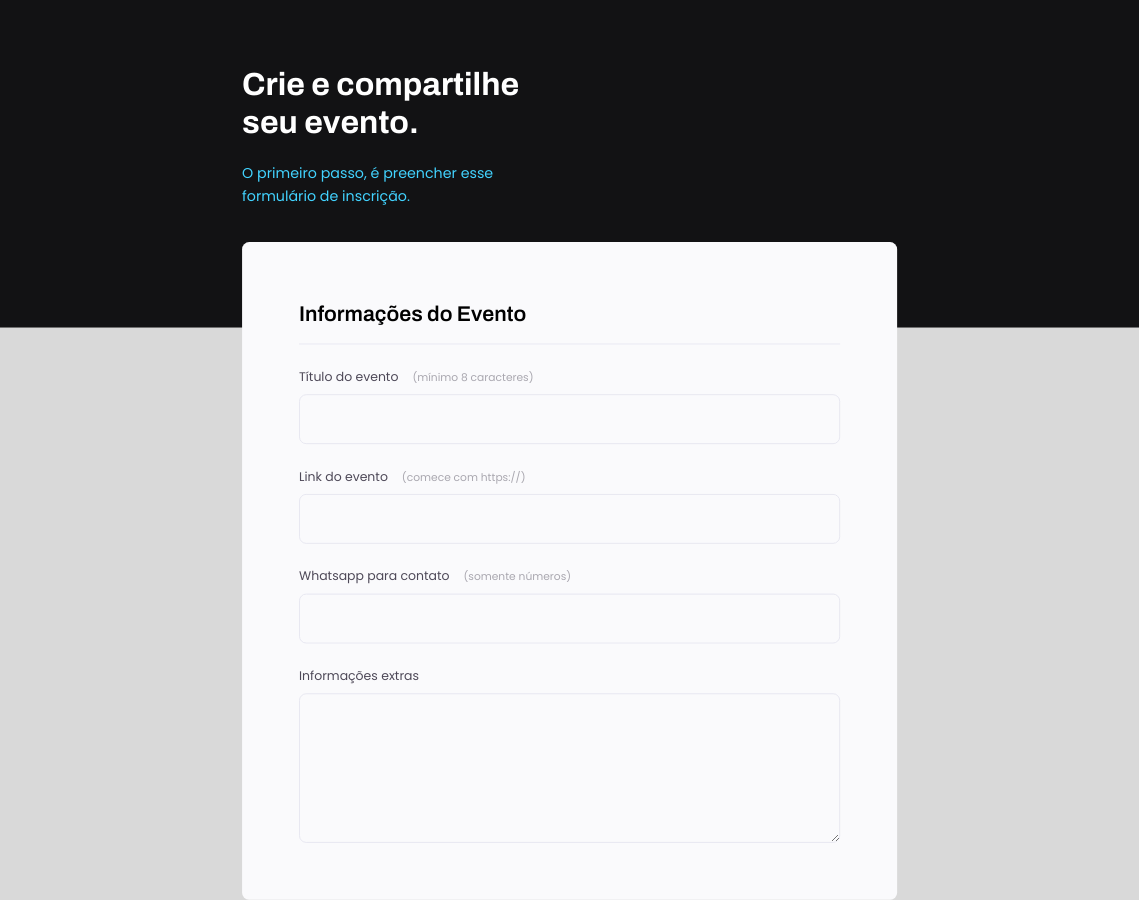
Repository: devMuriloOliveira/Formulario
Page: index.html
These files come from the project's save history. The page is drawn as it stood at one moment and after the next save; the edit follows.
The browser window is 1280 px wide. The pictures show the whole page, at 89% of full size.

Above is the page before, as saved 2023-10-31 21:30:18.

After the next save:
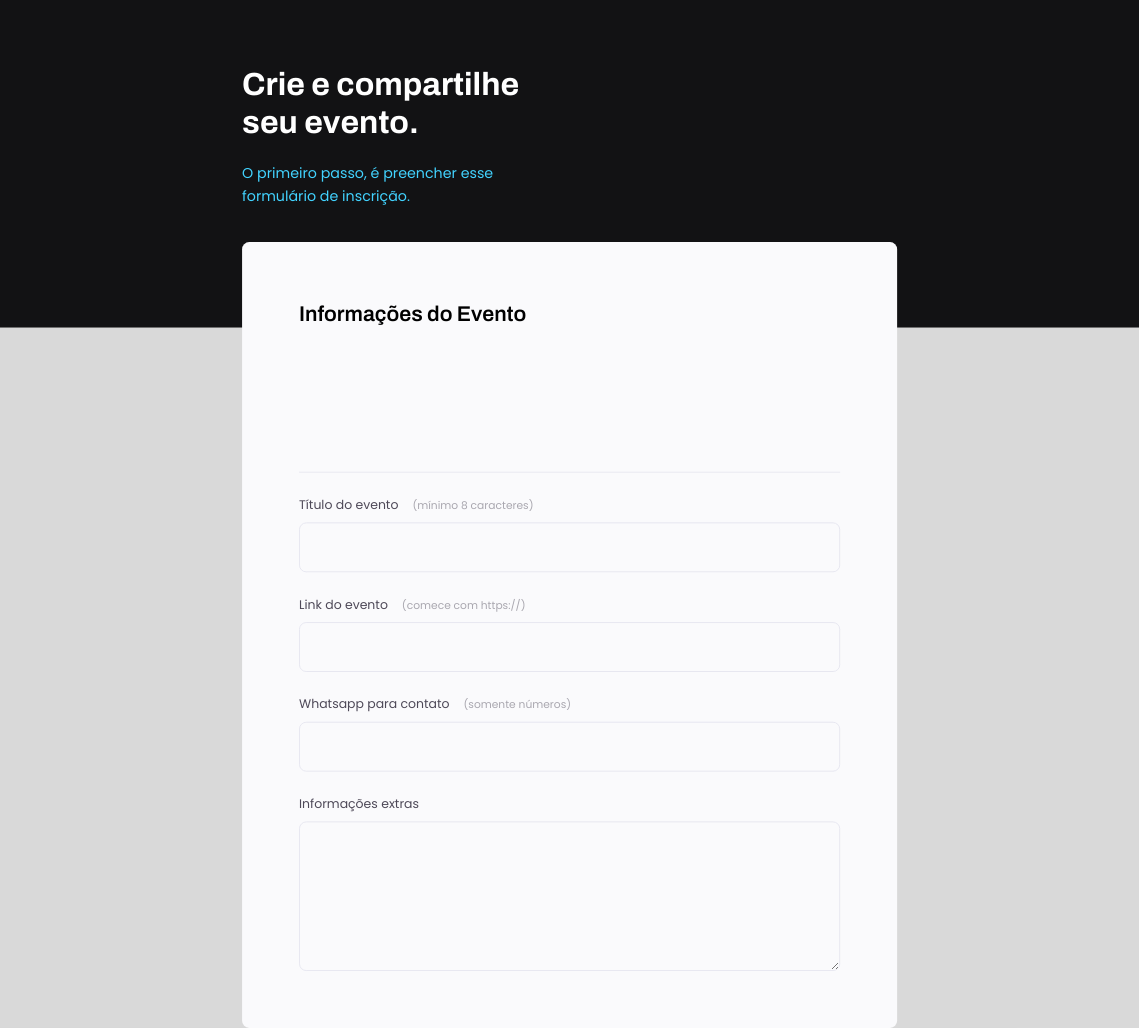
Saved 44 s later.
--- a/style.css
+++ b/style.css
@@ -82,7 +82,7 @@
   width: 100%;
   border-bottom: 1px solid #E6E6F0;
 
-  padding-bottom: 16px;
+  padding-bottom: 160px;
 }
 
 .input-wrapper{

After the save that followed:
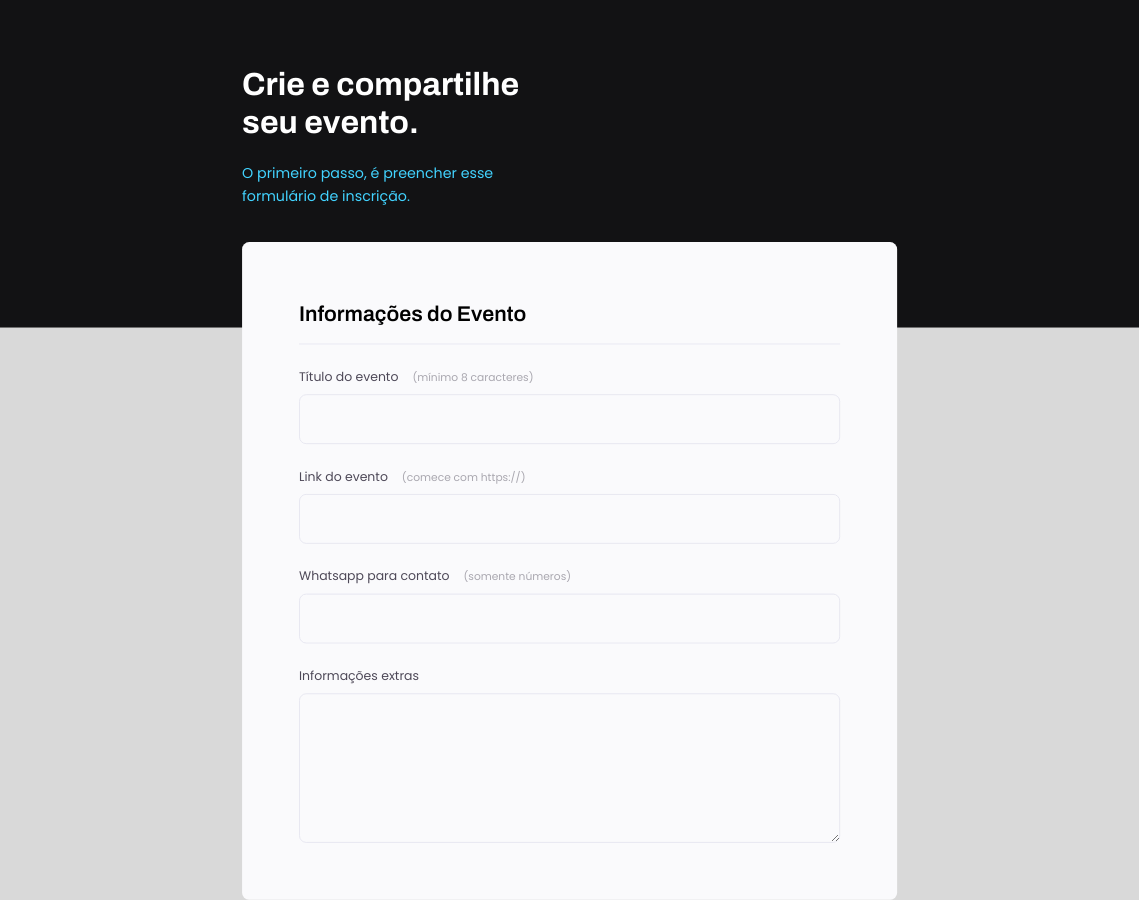
Saved 6 s later.
--- a/style.css
+++ b/style.css
@@ -82,7 +82,7 @@
   width: 100%;
   border-bottom: 1px solid #E6E6F0;
 
-  padding-bottom: 160px;
+  padding-bottom: 16px;
 }
 
 .input-wrapper{
